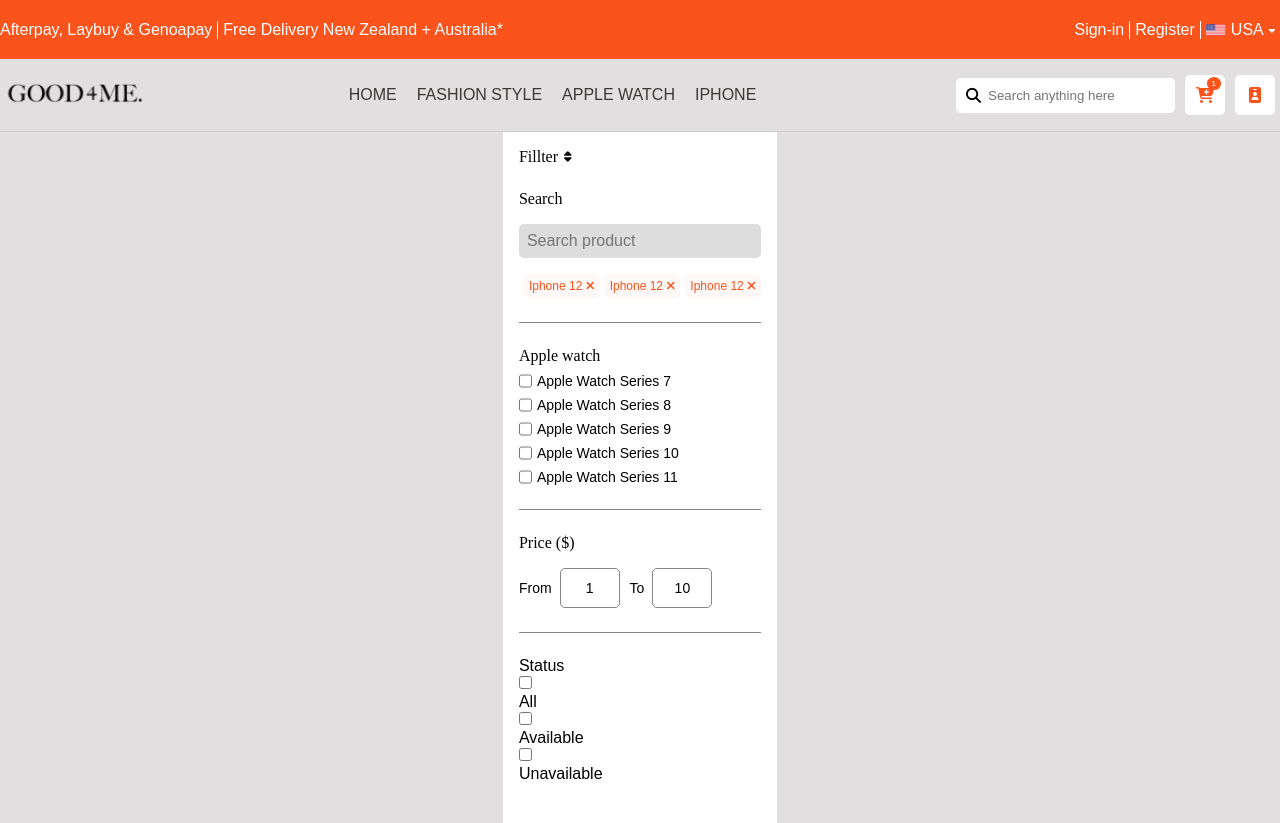
Repository: Ngoc28/Shoppe-web
Page: html/category.html
An editor plug-in stored every save of this project. The page is shown before and after the next save, followed by the edit.
The browser window is 1280 px wide. The pictures show the whole page.
Some web fonts or font styles are not loaded; a fallback is used.

Above is the page before, as saved 2023-08-08 14:48:15.

### html/category.html
<!DOCTYPE html>
<html lang="en">
<head>
    <meta charset="UTF-8">
    <meta name="viewport" content="width=device-width, initial-scale=1.0">
    <title>Category</title>
    <link rel="stylesheet" href="../accest/css/base.css">
    <link rel="stylesheet" href="/accest/css/category.css">
    <link rel="stylesheet" href="https://cdnjs.cloudflare.com/ajax/libs/font-awesome/6.4.2/css/all.min.css"
        integrity="sha512-z3gLpd7yknf1YoNbCzqRKc4qyor8gaKU1qmn+CShxbuBusANI9QpRohGBreCFkKxLhei6S9CQXFEbbKuqLg0DA=="
        crossorigin="anonymous" referrerpolicy="no-referrer" />
</head>
<body>
    <header>
        <div class="header-top">
            <div class="header-info wide">
                <div class="header-info-dis">
                    <p class="header-info-country">Afterpay, Laybuy & Genoapay</p>
                    <div class="boder-r"></div>
                    <p class="header-info-country">Free Delivery New Zealand + Australia*</p>
                </div>
                <div class="header-info-user">
                    <div class="header-authen">
                        <p class="btn-sign">Sign-in</p>
                        <div class="boder-r"></div>
                        <p class="btn-register">Register</p>
                        <div class="boder-r"></div>
                    </div>
                    <div class="header-contry">
                        <img src="../accest/image/co.png" alt="" width="20px" , height="12px">
                        <p class="btn-country">
                            USA
                            <i class="fa-solid fa-caret-down"></i>
                        </p>
                    </div>
                </div>
            </div>
        </div>
        <div class="header-bot">
            <div class="header-nav wide">
                <div class="header-logo">
                    <img src="../accest/image/Logo_-_Good4Me_140x 1.png" alt="">
                </div>
                <div class="header-navbar">
                    <ul class="nav-link">
                        <li class="nav-item"><a href="/index.html">Home</a></li>
                        <li class="nav-item"><a href="">Fashion style</a></li>
                        <li class="nav-item"><a href="#">Apple watch</a></li>
                        <li class="nav-item"><a href="">Iphone</a></li>
                    </ul>
                </div>
                <div class="header-choose">
                    <label for="search" class="header-search">
                        <i class="fa-solid fa-magnifying-glass"></i>
                        <input type="text" placeholder="Search anything here" id="search">
                    </label>
                    <div class="header-cart">
                        <i class="fa-solid fa-cart-plus"></i>

                        <div class="cart-number">
                            <span>1</span>
                        </div>
                    </div>
                    <div class="header-contact">
                        <i class="fa-solid fa-id-badge"></i>
                    </div>
                </div>
            </div>
        </div>
    </header>

    <div class="container">
        <div class="container-width main-width">
            <div class="container-nav">
                <div class="container-nav-fil">
                    <p>Fillter</p>
                    <i class="fa-solid fa-sort"></i>
                </div>
                <div class="container-nav-search">
                    <label for="search">Search</label>
                    <input type="search" name="search" id="search" placeholder="Search product">
                    <div class="btn-his">
                        <button>
                            Iphone 12
                            <i class="fa-solid fa-xmark"></i>
                        </button>
                        <button>
                            Iphone 12
                            <i class="fa-solid fa-xmark"></i>
                        </button>
                        <button>
                            Iphone 12
                            <i class="fa-solid fa-xmark"></i>
                        </button>

                    </div>
                </div>

                <div class="line"></div>

                <div class="container-nav-brand">
                    <div class="container-nav-heading">
                        <p>Apple watch</p>
                    </div>
                    <div class="container-nav-check">
                        <div class="container-nav-check-item">
                            <input type="checkbox"><p>Apple Watch Series 7</p>
                        </div>
                        <div class="container-nav-check-item">
                            <input type="checkbox"><p>Apple Watch Series 8</p>
                        </div>
                        <div class="container-nav-check-item">
                            <input type="checkbox"><p>Apple Watch Series 9</p>
                        </div>
                        <div class="container-nav-check-item">
                            <input type="checkbox"><p>Apple Watch Series 10</p>
                        </div>
                        <div class="container-nav-check-item">
                            <input type="checkbox"><p>Apple Watch Series 11</p>
                        </div>
                    </div>
                </div>

                <div class="line"></div>

                <div class="container-nav-price">
                    <p class="container-nav-price-title">
                        Price ($)
                    </p>
                    <div class="container-nav-price-about">
                        <div class="container-nav-price-from">
                            <p>From</p>
                            <button>1</button>
                        </div>

                        <div class="container-nav-price-to">
                            <p>To</p>
                            <button>10</button>
                        </div>
                    </div>
                </div>
                <div class="line"></div>

                <div class="container-nav-status">
                    <p class="container-nav-status-title">Status</p>
                    <div class="container-nav-status-check">
                        <div class="container-nav-status-item">
                            <input type="checkbox"><p>All</p>
                        </div>
                        <div class="container-nav-status-item">
                            <input type="checkbox"><p>Available</p>
                        </div>
                        <div class="container-nav-status-item">
                            <input type="checkbox"><p>Unavailable</p>
                        </div>
                    </div>
                </div>
            </div>
            <!-- Product -->
            <div class="container-product">

            </div>
        </div>
    </div>
</body>
</html>

### accest/css/base.css
@font-face{font-family:gilroy-bold;font-style:normal;font-weight:400;src:local('Gilroy-Bold'),url(https://fonts.cdnfonts.com/s/16219/Gilroy-Bold.woff) format('woff')}@font-face{font-family:gilroy-heavy;font-style:normal;font-weight:400;src:local('Gilroy-Heavy'),url(https://fonts.cdnfonts.com/s/16219/Gilroy-Heavy.woff) format('woff')}@font-face{font-family:gilroy-light;font-style:normal;font-weight:400;src:local('Gilroy-Light'),url(https://fonts.cdnfonts.com/s/16219/Gilroy-Light.woff) format('woff')}@font-face{font-family:gilroy-medium;font-style:normal;font-weight:400;src:local('Gilroy-Medium'),url(https://fonts.cdnfonts.com/s/16219/Gilroy-Medium.woff) format('woff')}@font-face{font-family:gilroy-regular;font-style:normal;font-weight:400;src:local('Gilroy-Regular'),url(https://fonts.cdnfonts.com/s/16219/Gilroy-Regular.woff) format('woff')}

*{
    padding: 0;
    margin: 0;
    box-sizing: border-box;
}

:root {
    --main-color: #FA541C;
    --footer-color: #FFF8F6;
    --white-color: #FFFF;
    --text-color: #3D3737;
    --gray-text:#85858A;
    --gray-background: #DDDDDD;
    --main-background: #e0ddddef;
}

.wide{
    width: 1280px;
}

html {
    font-family: gilroy-regular, sans-serif;
}

body {
    background: var(--main-background);
}
/* header */
header {
}

.header-top {
    background: var(--main-color);
    display: flex;
    justify-content: center;
    align-items: center;
    width: 100%;
    height: 100%;
    height: 59px;
}

.header-info {
    display: flex;
    justify-content: space-between;
}

.header-info-dis {
    display: flex;
}

.header-info-country {
    font-size: 16px;
    font-weight: 300;
    color: var(--white-color);
}

.boder-r {
    border-right: 1px solid #fff;
    margin: 0 5px;
}

.header-authen {
    display: flex;
}

.header-info-user {
    display: flex;

}

.btn-sign,
.btn-register {
    border: none;
    background-color: var(--main-color);
    color: var(--white-color);
    font-size: 16px;
    font-weight: 200;
    cursor: pointer;
}


.header-contry {
    display: flex;
    align-items: center;
}

.btn-country {
    border: none;
    background: var(--main-color);
    color: var(--white-color);
    font-size: 16px;
    font-weight: 300;
    text-transform: uppercase;
    padding: 0 5px;
    display: flex;
    align-items: center;
    cursor: pointer;
}

.btn-country i {
    padding-left:5px ;
    font-size: 10px;
    color: var(--white-color);
}

/* NAVBAR */
.header-bot {
    display: flex;
    justify-content: center;
    /* margin: 0 auto; */
    width: 100%;
    /* height: 100%;      */
    border-bottom: 1px solid #ccc ;
    /* background: var(--gray-background); */
}

.header-logo img {
    object-fit: cover;
}

.header-nav {
    height: 72px;
    display: flex;
    align-items: center;
    justify-content: space-between;
}

.nav-link {
    display: flex;

}

.nav-item {
    list-style: none;
}

.nav-item a {
    text-decoration: none;
    color: var(--text-color);
    font-size: 16px;
    font-weight: 600px;
    padding: 0 10px;
    text-transform: uppercase;
}

.nav-item a:hover {
    color: var(--main-color);
}

.header-choose {
    display: flex;
    align-items: center;
    border-radius: 5px;

}

.header-search {
    background: var(--white-color);
    padding: 10px;
    display: flex;
    align-items: center;
    justify-content: center;
    border-radius: 5px;
    margin-right: 5px;
}

.header-search input {
    border: none;
    outline: none;

}

.header-search i {
    font-size: 15px;
    margin-right: 7px;
}

.header-cart,
.header-contact {
    background: var(--white-color);
    /* padding: 10px; */
    border-radius: 5px;
    margin: 0 5px;
    width: 40px;
    height: 40px;
    display: flex;
    justify-content: center;
    align-items: center;
}

.header-cart {
    position: relative;
}

.header-cart i,
.header-contact i {
    color: var(--main-color);
}

.cart-number {
    position: absolute;
    top: -3px;
    right: 4px;
    z-index: 1;
    /* width: 30px;
    height: 30px; */
}
.cart-number span {
    padding: 2px 5px;
    font-size: 8px;
    border-radius: 50%;
    background: var(--main-color);
    color: var(--white-color);
}

/* product */

.component {
    display: flex;
    flex-direction: column;
    margin: 32px auto 0;
}

.product {
    margin: 32px 0;
    display: flex;
    flex-wrap: wrap;
    gap: 32px;
}


.product-item {
    background: var(--white-color);
    display: flex;
    padding: 10px;
    flex: 1;
    border-radius: 8px;
}

.product-info {
    display: flex;
    flex-direction: column;
    gap: 16px;
    margin: auto 0;
}

.product-img {
    margin-right: 10px;
}

.product-img img {
    object-fit: cover;
}

.product-info-title {
    display: flex;
    justify-content: space-between;
}

.product-info-title p {
    font-family: gilroy-medium;
    font-size: 16px;
}

.product-info-title button {
    border: none;
    background: #F6FFED;
    color: #389E0D;
    padding: 5px;
}

.product-info-text p {
    font-size: 16px;
}

.product-info-color {
    display: flex;
}

.product-info-color p {
    font-size: 16px;
    margin-right: 5px;
}

.product-choose-color {
    display: flex;
    background-color: var(--gray-background);
    border-radius: 6px;
    padding: 3px;
}

.product-choose-white{
    margin-right: 5px;
    padding: 1px 8px;
    background: var(--white-color);
    border-radius: 50%;
}

.product-choose-black{
    margin-right: 5px;
    padding: 1px 8px;
    background: #000;
    border-radius: 50%;
}

.product-choose-vio{
    margin-right: 5px;

    padding: 1px 8px ;
    background: #304A23;
    border-radius: 50%;
}

.product-choose-red{
    padding: 1px 8px;
    background: #AF0303;
    border-radius: 50%;
}

.product-info-status {
    display: flex;
}

.product-info-status p{
    font-size: 16px;
    color: var(--text-color);
    margin-right: 5px;
}

.product-info-status span {
    color: #389E0D;
}

.product-info-price {
    display: flex;
    justify-content: space-between;
}

.product-info-price span{
    font-family: gilroy-medium;
    font-size: 16px;
}


/* footer */
footer {
    padding: 32px 0;
    background: var(--footer-color);
}


.footer-top {
    display: flex;
    gap: 40px;
    margin: 0 auto 32px;
}

.text {
    flex: 1;
    display: flex;
    flex-direction: column;
    gap: 16px;
}

.footer-logo img {
    object-fit: cover;
}


.footer-item p {
    font-family: gilroy-medium;
    font-size: 20px;
    text-transform: uppercase;
}

.text p {
    font-size: 16px;
}

.line-footer {
    width: 1280px;
    border-bottom: 1px solid var(--text-color);
    margin: 0 auto 32px;

}

.footer-bot {
    display: flex;
    justify-content: space-between;
    margin: 0 auto;
}

.footer-bot-text p {
    font-size: 16px;
}

.footer-bot-text p span {
    font-family: gilroy-medium;
    color: var(--main-color);
    text-transform: uppercase;
}

### accest/css/category.css
.container {
    display: flex;
    justify-content: center;
}

.container-nav{
    display: flex;
    flex-direction: column;
    background: var(--white-color);
    flex: 1;
    gap: 24px;
    padding: 16px 16px 40px;
    flex-direction: column;
}

.container-nav-fil {
    display: flex;
    align-items: center;
}

.container-nav-fil p{
    font-size: 16px;
    margin-right: 6px;
    font-family: gilroy-medium;

}

.container-nav-fil i {
    font-size: 12px;
}

.container-product {
    flex: 4;
}

.container-nav-search {
    display: flex;
    flex-direction: column;
    gap: 16px;
}

.container-nav-search label{
    display: block;
    font-family: gilroy-medium;
    font-size: 16px;
}

.container-nav-search input {
    background: var(--gray-background);
    border: none;
    outline: none;
    padding: 8px;
    border-radius: 5px;
    font-size: 16px;
}

.btn-his {
    display: flex;
    flex-wrap: wrap;
}

.btn-his button{
    margin-left: 5px;
    background: #FFF8F6;
    color: var(--main-color);
    padding: 5px;
    border-radius: 5px;
    font-size: 12px;
    border: none;
    cursor: pointer;
}

.btn-his button:hover {
    background: var(--main-color);
    color: var(--white-color);

}

.line {
    border-bottom: 1px solid var(--gray-text);
}

.container-nav-status-title p,
.container-nav-heading p {
    font-size: 16px;
    font-family: gilroy-medium;
    margin-bottom: 8px;
}

.ontainer-nav-status-check,
.container-nav-check {
    display: flex;
    flex-direction: column;
    gap: 8px;
}

.container-nav-check-item {
    display: flex;
}

.container-nav-check-item p {
    font-size: 14px;
    margin-left: 5px;
}

.container-nav-price {

}

.container-nav-price-title {
    font-size: 16px;
    font-family: gilroy-medium;

}

.container-nav-price-about {
    display: flex;
    margin-top: 16px;
}

.container-nav-price-from {
    margin-right: 10px;
}

.container-nav-price-from,
.container-nav-price-to  {
    align-items: center;
    display: flex;
}

.container-nav-price-from p,
.container-nav-price-to p {
    font-size: 14px;
    margin-right: 8px;
}

.container-nav-price-from button,
.container-nav-price-to button {
    width: 60px;
    height: 40px;
    padding: 8px 10px;
    border-radius: 5px;
    font-size: 14px;
    background: var(--white-color);
    border: 1px solid var(--gray-text);
}

After the next save:
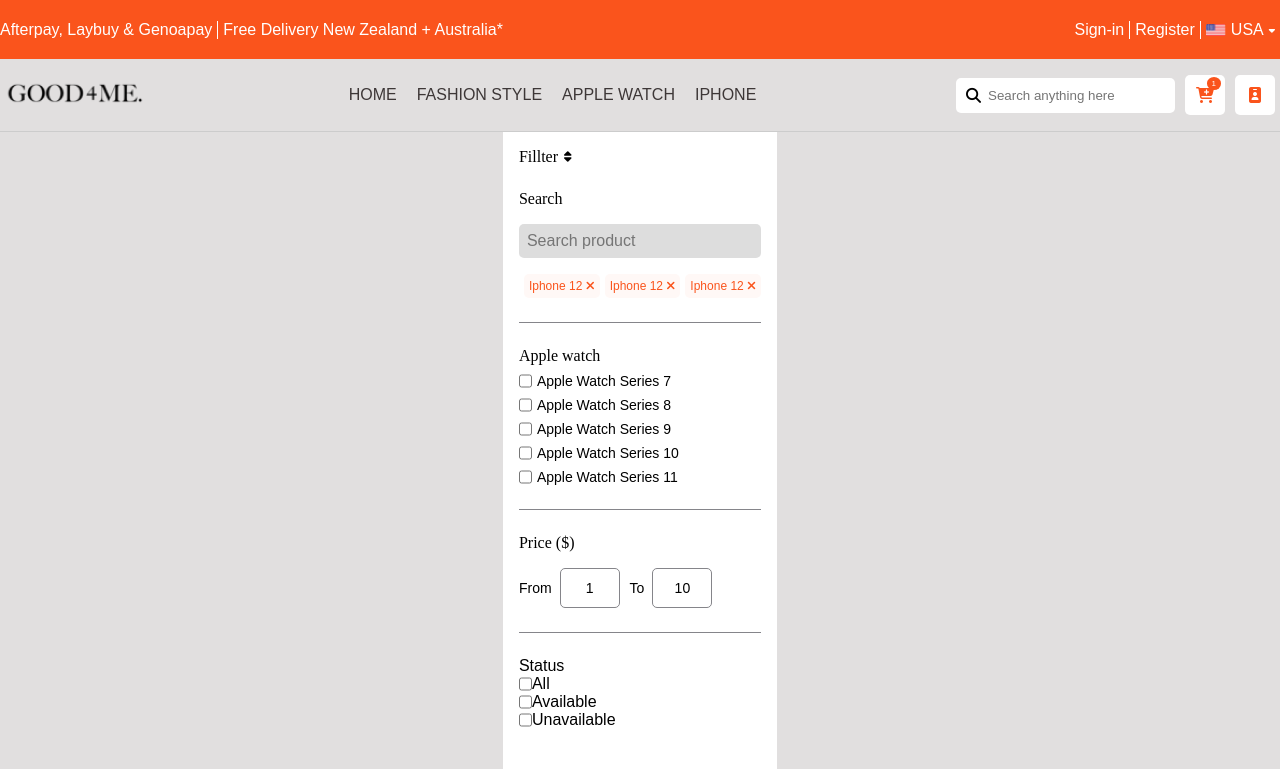
Saved 22 s later.
--- a/accest/css/category.css
+++ b/accest/css/category.css
@@ -94,6 +94,7 @@
     gap: 8px;
 }
 
+.container-nav-status-item,
 .container-nav-check-item {
     display: flex;
 }
